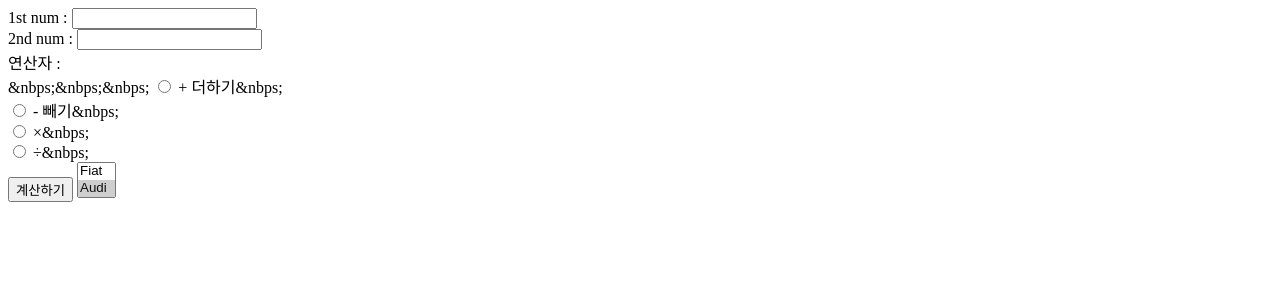
Repository: chuni90/bigdata
Page: http://localhost/tutorial_02/add_3.jsp
An editor plug-in stored every save of this project. The page is shown before and after the next save, followed by the edit.
The browser window is 1280 px wide. The pictures show the whole page.
The page is served by Tomcat 9.

Above is the page before, as saved 2019-09-23 07:53:27.

After the next save:
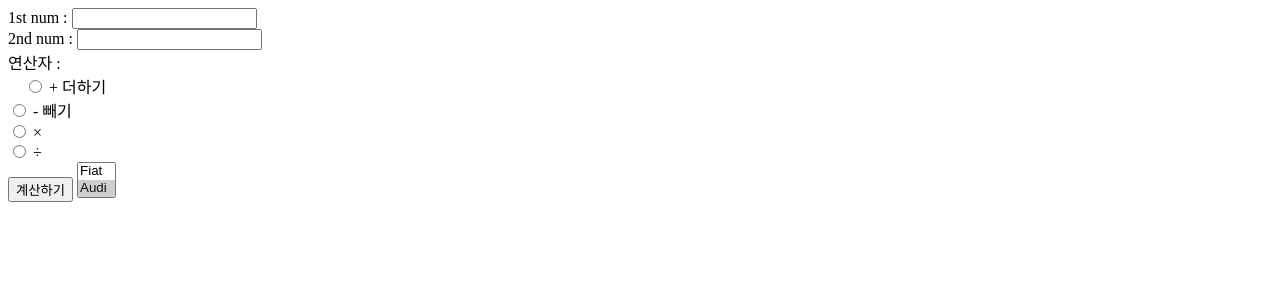
Saved 26 s later.
--- a/2. Java DB/Oracle/tutorial_02/WebContent/add_3.jsp
+++ b/2. Java DB/Oracle/tutorial_02/WebContent/add_3.jsp
@@ -13,11 +13,11 @@
 			1st num : <input name = "num1" type = "text"/><br>
 			2nd num : <input name = "num2" type = "text"/><br>
 			연산자 : <br>
-			&nbps;&nbps;&nbps;
-			<input type = "radio" name = "op" value = "+"> + 더하기&nbps;<br>
-			<input type = "radio" name = "op" value = "-"> - 빼기&nbps;<br>
-			<input type = "radio" name = "op" value = "*"> ×&nbps;<br>
-			<input type = "radio" name = "op" value = "/"> ÷&nbps;<br>
+			&nbsp;&nbsp;&nbsp;
+			<input type = "radio" name = "op" value = "+"> + 더하기&nbsp;<br>
+			<input type = "radio" name = "op" value = "-"> - 빼기&nbsp;<br>
+			<input type = "radio" name = "op" value = "*"> ×&nbsp;<br>
+			<input type = "radio" name = "op" value = "/"> ÷&nbsp;<br>
 
 			<input type = "submit" value = "계산하기"/>
 
